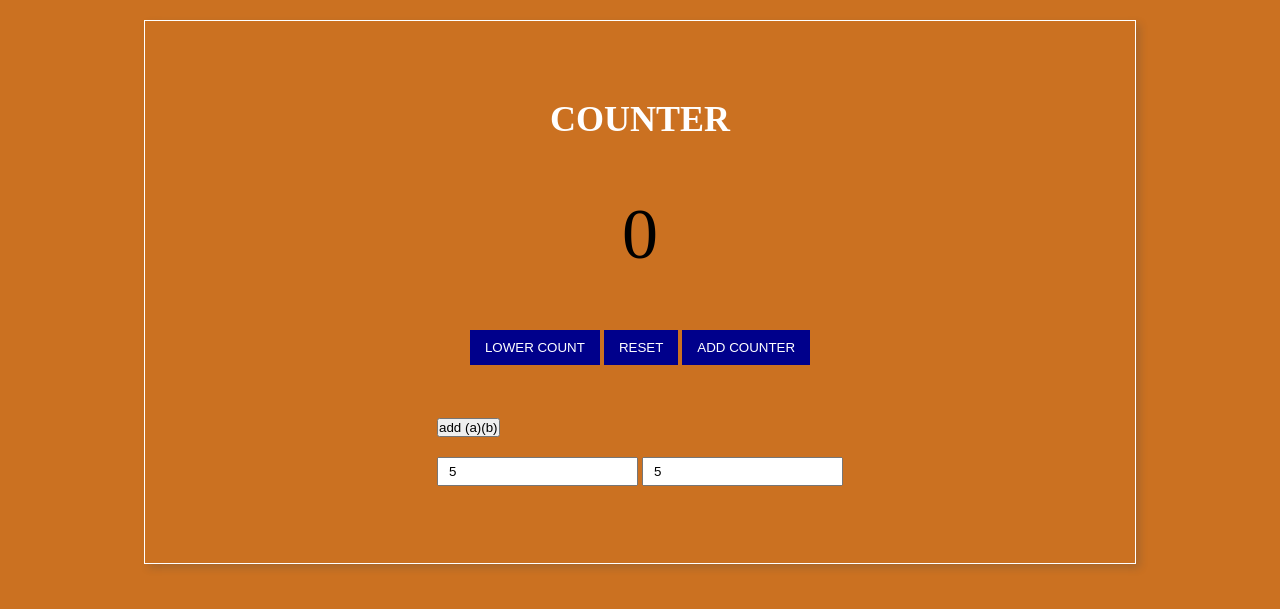
Repository: lusine-tech/counter
Page: index.html
An editor plug-in stored every save of this project. The page is shown before and after a run of saves, followed by the edit.
The browser window is 1280 px wide. The pictures show the whole page.
Empty fields were first filled with sample values (such as "Sample", 5 or name@example.com).
After loading, the first visible `button.sum` was clicked once.

Above is the page before, as saved 2022-02-15 00:01:41.
Console error: ReferenceError: co is not defined

### index.html
<!DOCTYPE html>
<html lang="en">

<head>
    <meta charset="UTF-8">
    <meta http-equiv="X-UA-Compatible" content="IE=edge">
    <meta name="viewport" content="width=device-width, initial-scale=1.0">
    <link rel="stylesheet" href="style.css">
    <title>counter</title>
</head>

<body>
    <section class="background">
        <div class="block">
            <h3 class="title">Counter</h3>
            <p class="num" id="value">0</p>
            <div class="buttons">
                <button class="btn" id="decrease">lower count</button>
                <button class="btn" id="reset">reset</button>
                <button class="btn" id="increase">add Counter</button>
            </div>
            <div class="inputs">
                <button class="sum">add (a)(b) </button>
                <div class="result"></div>
                <input type="number" class="left-number">
                <input type="number" class="right-number">
            </div>
        </div>
    </section>
    <script src="/script.js"></script>
</body>

</html>

### style.css
* {
    margin: 0;
    padding: 0;
    box-sizing: border-box;
}

.background {
    height: 100vh;
    width: 100vw;
    background-color: #cb7121;
    display: flex;
    justify-content: center;
    padding: 20px;
}

.block {
    display: flex;
    align-items: center;
    justify-content: space-around;
    flex-direction: column;

    height: 80%;
    width: 80%;
    border: 1px solid #fff;
    padding: 50px 20px;
    -webkit-box-shadow: 4px 4px 8px 0px rgba(34, 60, 80, 0.2);
    -moz-box-shadow: 4px 4px 8px 0px rgba(34, 60, 80, 0.2);
    box-shadow: 4px 4px 8px 0px rgba(34, 60, 80, 0.2);
}

.title {
    color: #fff;
    font-size: 36px;
    text-transform: uppercase;
}

.num {
    font-size: 72px;
}

input {
    padding: 5px 10px;
    outline: none;
}

.btn {
    padding: 10px 15px;
    color: #fff;
    cursor: pointer;
    transition: 0.5s ease;
    border: none;
    outline: none;
    background-color: #00008B;
    text-transform: uppercase;
}

.btn:hover {
    background-color: #303f9f;
}

.sum {
    text-align: center;
    margin-bottom: 20px;
}

### script.js
const decrease = document.querySelector("#decrease");
const increase = document.querySelector("#increase");
const reset = document.querySelector("#reset");
const num = document.querySelector("#value");
const leftNumber = document.querySelector(".left-number");
const righNumber = document.querySelector(".right-number");
const sum = document.querySelector(".sum");
 let leftInputValue = leftNumber.value;
 //document.querySelector(".left-input").innerHTML = leftInput;
 let rightInputValue = righNumber.value;
 //document.querySelector(".right-input").innerHTML = rightInput;
 const result = document.querySelector(".result");



let integer = 0;
decrease.addEventListener("click", function () {
    integer -= 1;
    num.innerHTML = integer;
});

increase.addEventListener("click", function () {
    integer += 1;
    num.innerHTML = integer;
});

reset.addEventListener("click", function () {
    integer = 0;
    num.innerHTML = integer;
});


function add(a) {

    return function innerFunc(b) {

return a + b;
    }
};




sum.addEventListener("click", function () {
    co
    console.log(add(leftInputValue)(rightInputValue));
  result.innerText = "=" + add(leftInputValue)(rightInputValue);


});

After the next 4 saves:
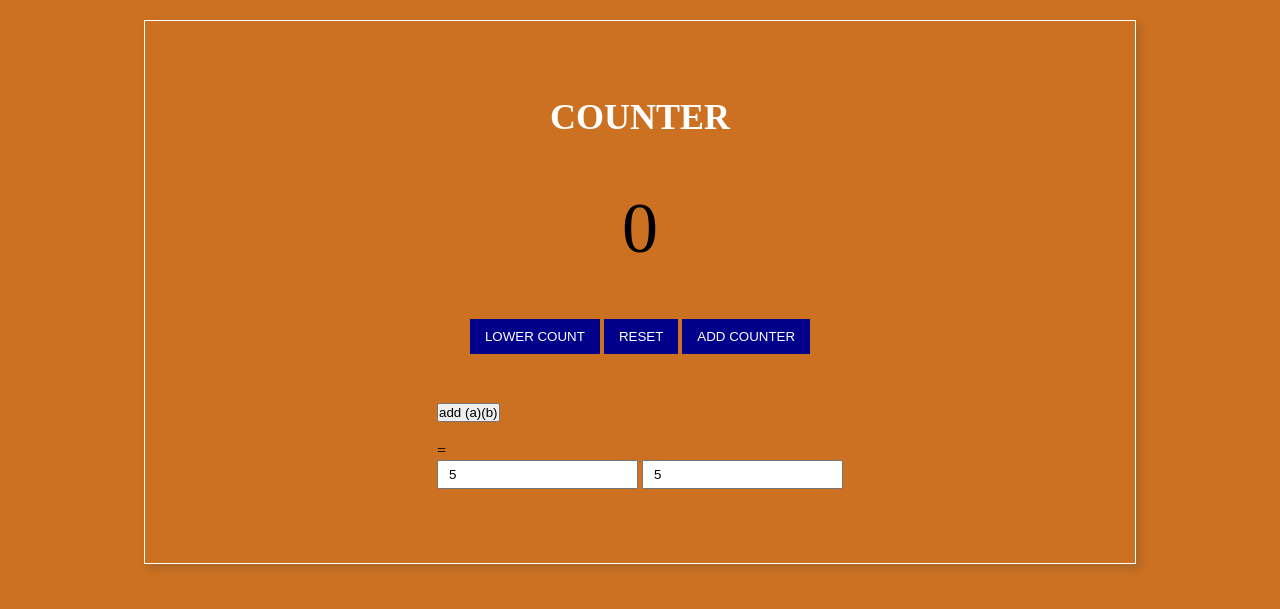
The error is gone.
The 4 saves are shown as one change because they came seconds apart.
The last was saved 10 s later.
--- a/script.js
+++ b/script.js
@@ -42,7 +42,7 @@ return a + b;
 
 
 sum.addEventListener("click", function () {
-    co
+    console.log("hello")
     console.log(add(leftInputValue)(rightInputValue));
   result.innerText = "=" + add(leftInputValue)(rightInputValue);
 
